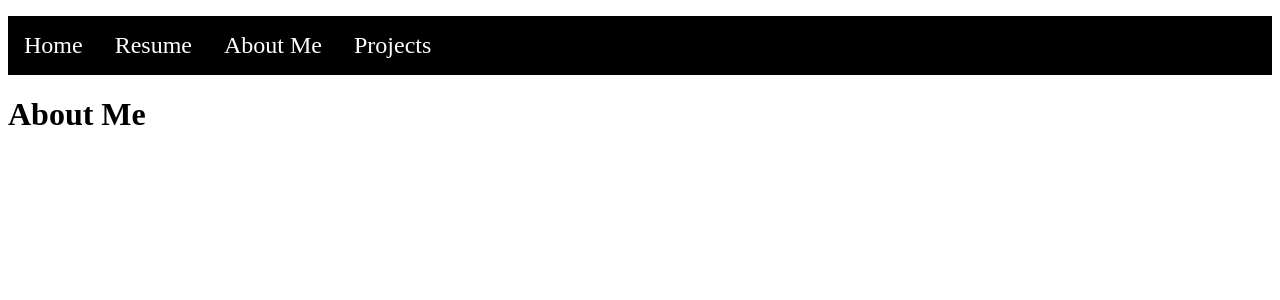
Repository: pflores002/pflores002.github.io
Page: contactme.html
The author's editor kept a record of every edit. The page is drawn from the files as they stood at one moment, then again after the next edit.
The browser window is 1280 px wide. The pictures show the whole page.

Above is the page before.

After the next edit:
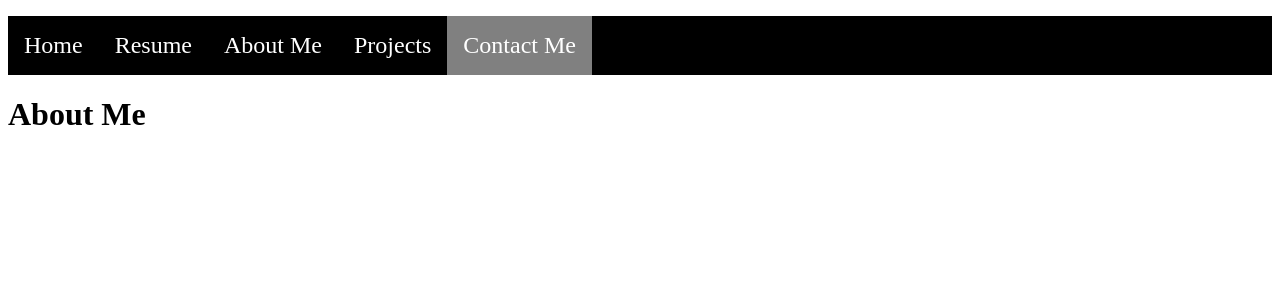
The edit:
--- a/contactme.html
+++ b/contactme.html
@@ -18,6 +18,7 @@
                     <li><a href="project3.html">Project 3</a></li>
                 </ul>
             </li>
+            <li class="active"><a href="contactme.html">Contact Me</a></li>
 
         </ul>
 
